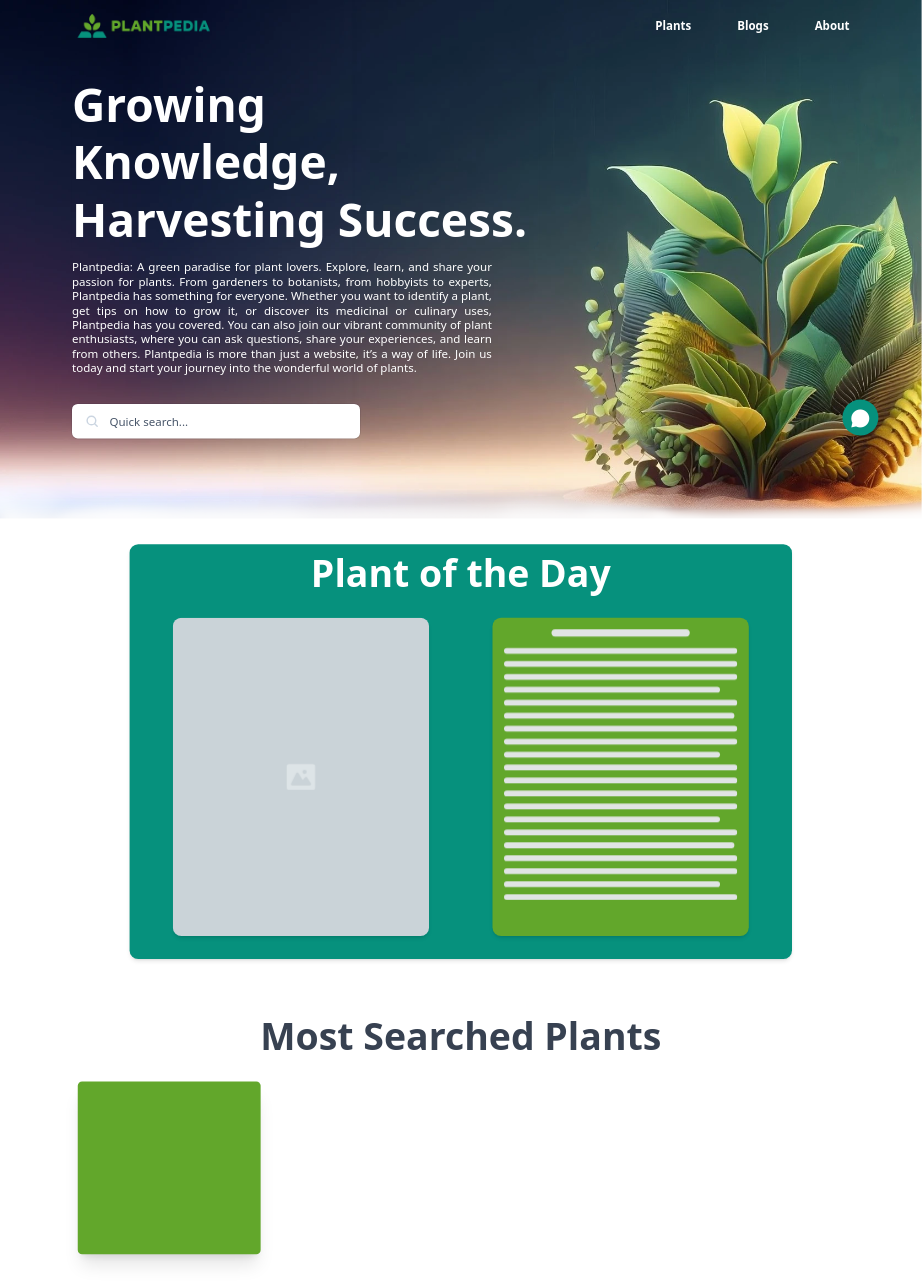
Repository: silham/PlantPedia
Page: /test/home
An editor plug-in stored every save of this project. The page is shown before and after the next save, followed by the edit.
The browser window is 1280 px wide. The pictures show the whole page, at 72% of full size.
The page's requests for data from a server got no answer. The project was rebuilt for these pictures with package versions that can differ from the ones it lists, and the page was loaded fresh each time. The framework's server and built-in components were replaced by stand-ins that run in the browser. No one was signed in, and anything a server would have sent is missing. Also part of the build but not shown: next.config.js, app/components/SearchBox.css, app/test/Chat/style.css, app/utils/Formatter.ts.

Above is the page before, as saved 2023-10-16 16:09:24.

### app/layout.tsx
import "./globals.css";
import "remixicon/fonts/remixicon.css";
import type { Metadata } from "next";

export const metadata: Metadata = {
  title: "Plantpedia",
  description: "Growing knowledge, harvesting success",
};

export default function RootLayout({
  children,
}: {
  children: React.ReactNode;
}) {
  return (
    <html lang="en">
      <head>
        <meta
          name="format-detection"
          content="telephone=no, date=no, email=no, address=no"
        />
      </head>
      <body>{children}</body>
    </html>
  );
}

### app/test/home/page.tsx
import Image from "next/image";
import Link from "next/link";
import "./styles.css";
import { MainSearchBtn, SideSearchBtn } from "./SearchBtns";
import PlantOfDay from "./PlantOfDay";
import Chat from "../Chat/Chat";
import TrendingTopics from "./TrendingTopics";

const Home = () => {
  return (
    <>
      <section className="h-[100vh] w-[100vw] px-[100px] hero bg-cover text-white">
        <header className="h-[10vh] w-full flex justify-between py-2 items-center">
          <div className="h-full flex items-center justify-center">
            <Image src="/plantpedia.png" width={200} height={90} alt="logo" />
          </div>
          <nav className="flex justify-between text-[16px] font-semibold text-white w-[25%]">
            <Link href="/plants">Plants</Link>
            <Link href="/blogs">Blogs</Link>
            <Link href="/about#">About</Link>
          </nav>
        </header>
        <div className="w-[60%] h-full">
          <div className="flex flex-col justify-center h-full">
            <h2 className="text-[64px] font-extrabold leading-tight shadow-sm mb-4 -mt-[150px]">
              Growing Knowledge,
              <br />
              Harvesting Success.
            </h2>
            <h4 className="text-[16px] text-justify leading-tight w-[90%] mb-10">
              Plantpedia: A green paradise for plant lovers. Explore, learn, and
              share your passion for plants. From gardeners to botanists, from
              hobbyists to experts, Plantpedia has something for everyone.
              Whether you want to identify a plant, get tips on how to grow it,
              or discover its medicinal or culinary uses, Plantpedia has you
              covered. You can also join our vibrant community of plant
              enthusiasts, where you can ask questions, share your experiences,
              and learn from others. Plantpedia is more than just a website,
              it’s a way of life. Join us today and start your journey into the
              wonderful world of plants.
            </h4>
            <MainSearchBtn />
          </div>
        </div>
      </section>

      <section className="w-[100vw] px-[180px]">
        <PlantOfDay />
      </section>

      <section className="w-[100vw] px-[100px]">
        <TrendingTopics />
      </section>
      <SideSearchBtn />
      <Chat />
    </>
  );
};

export default Home;

### app/globals.css
@import url("https://fonts.googleapis.com/css2?family=Inter:wght@400;500;600&family=Poppins:wght@400;500;600&display=swap");
@tailwind base;
@tailwind components;
@tailwind utilities;

body {
  padding: 0;
  margin: 0;
  max-width: 100vw;
  overflow-x: hidden;
}

@layer utilities {
  .animation-delay-200 {
    animation-delay: 0.2s;
  }
  .animation-delay-400 {
    animation-delay: 0.4s;
  }
}

.circle {
  @apply w-2 h-2 mx-1 mb-0.5 mt-1 bg-gray-500 rounded-full;
}

### app/test/home/styles.css
.hero {
  background-image: url("/hero-bg.png");
}

.animate-sideSearchBtn-in {
  animation: animation-search-in 500ms ease-in forwards;
}

@keyframes animation-search-in {
  0% {
    opacity: 0;
    right: 0;
  }
  100% {
    opacity: 1;
    right: 60px;
  }
}

.animate-sideSearchBtn-out {
  animation: animation-search-out 500ms ease-out forwards;
}

@keyframes animation-search-out {
  0% {
    opacity: 1;
    right: 60px;
  }
  100% {
    opacity: 0;
    right: 0;
  }
}

### app/test/home/SearchBtns.tsx
"use client";
import SearchBox from "@/app/components/SearchBox";
import { useEffect, useRef } from "react";
import "./styles.css";

export const MainSearchBtn: React.FC = () => {
  const overlayRef = useRef<HTMLDivElement>(null);

  // This function is called when the "Start Searching" button gets clicked
  const openSearch = () => {
    if (overlayRef.current) {
      overlayRef.current.style.width = "100%";
    }
  };

  // This function is called when the "Close" button is clicked
  const closeSearch = () => {
    if (overlayRef.current) {
      overlayRef.current.style.width = "0%";
    }
  };
  return (
    <>
      <div>
        <button
          onClick={openSearch}
          type="button"
          className="hidden sm:flex items-center w-[400px] text-left space-x-3 px-4 h-12 bg-white ring-1 ring-slate-900/10 hover:ring-slate-300 focus:outline-none focus:ring-2 focus:ring-sky-500 shadow-sm rounded-lg text-slate-600"
        >
          <svg
            width="24"
            height="24"
            fill="none"
            stroke="currentColor"
            strokeWidth="2"
            strokeLinecap="round"
            strokeLinejoin="round"
            className="flex-none text-slate-300 dark:text-slate-400"
            aria-hidden="true"
          >
            <path d="m19 19-3.5-3.5"></path>
            <circle cx="11" cy="11" r="6"></circle>
          </svg>
          <span className="flex-auto">Quick search...</span>
        </button>
      </div>
      {/* The search overlay */}
      <div
        ref={overlayRef}
        className="flex h-[100vh] max-h-[100vh] w-0 fixed top-0 left-0 bg-black bg-opacity-90 duration-500 overflow-hidden z-10 "
      >
        <button
          className="absolute top-[20px] right-10 text-[60px] border-none bg-transparent cursor-pointer text-white"
          onClick={closeSearch}
        >
          &times;
        </button>
        <div className="relative top-[15%] w-full text-center mt-[30px] ">
          <SearchBox
            props={{
              n: 8,
              content: "",
              className:
                "relative w-[88%] flex justify-between items-center mx-[80px] rounded-full bg-[#EEF5B1] text-black",
              classNameUl:
                "absolute top-full left-0 right-0 z-10 bg-[#EEF5B1] rounded-lg shadow-lg overflow-hidden mt-[3px]",
              classNameLi: "border-b-[1px] border-gray-400",
              classNameLink:
                "px-4 py-2 hover:bg-gray-400 transition-colors flex flex-row justify-between items-center",
            }}
          />
        </div>
      </div>
    </>
  );
};

export const SideSearchBtn: React.FC = () => {
  const overlayRef = useRef<HTMLDivElement>(null);

  // This function is called when the "Start Searching" button gets clicked
  const openSearch = () => {
    if (overlayRef.current) {
      overlayRef.current.style.width = "100%";
    }
  };

  // This function is called when the "Close" button is clicked
  const closeSearch = () => {
    if (overlayRef.current) {
      overlayRef.current.style.width = "0%";
    }
  };
  useEffect(() => {
    const handleScroll = () => {
      const sideSearchBtn = document.getElementById("sideSearchBtn");
      var vh = window.innerHeight;
      var scrollHeight = window.scrollY;
      if (
        scrollHeight < vh * 0.2 &&
        sideSearchBtn?.classList.contains("animate-sideSearchBtn-in")
      ) {
        sideSearchBtn.classList.remove("animate-sideSearchBtn-in");
        sideSearchBtn.classList.add("animate-sideSearchBtn-out");
      }
      if (scrollHeight >= vh * 0.2) {
        sideSearchBtn?.classList.remove("animate-sideSearchBtn-out");
        sideSearchBtn?.classList.add("animate-sideSearchBtn-in");
      }
    };

    window.addEventListener("scroll", handleScroll);

    // Cleanup function to remove the event listener
    return () => {
      window.removeEventListener("scroll", handleScroll);
    };
  }, []); // Empty dependency array means this effect runs once on mount and cleanup on unmount

  return (
    <>
      <div
        id="sideSearchBtn"
        className="fixed bottom-[50px] right-0 opacity-0 rounded-full bg-custom-blue-green shadow-xl w-[50px] h-[50px] flex items-center justify-center cursor-pointer"
        onClick={openSearch}
      >
        <i className="text-[24px] text-white ri-search-2-line"></i>
      </div>
      {/* The search overlay */}
      <div
        ref={overlayRef}
        className="flex h-[100vh] max-h-[100vh] w-0 fixed top-0 left-0 bg-black bg-opacity-90 duration-500 overflow-hidden z-10 "
      >
        <button
          className="absolute top-[20px] right-10 text-[60px] border-none bg-transparent cursor-pointer text-white"
          onClick={closeSearch}
        >
          &times;
        </button>
        <div className="relative top-[15%] w-full text-center mt-[30px] ">
          <SearchBox
            props={{
              n: 8,
              content: "",
              className:
                "relative w-[88%] flex justify-between items-center mx-[80px] rounded-full bg-[#EEF5B1] text-black",
              classNameUl:
                "absolute top-full left-0 right-0 z-10 bg-[#EEF5B1] rounded-lg shadow-lg overflow-hidden mt-[3px]",
              classNameLi: "border-b-[1px] border-gray-400",
              classNameLink:
                "px-4 py-2 hover:bg-gray-400 transition-colors flex flex-row justify-between items-center",
            }}
          />
        </div>
      </div>
    </>
  );
};

### app/test/home/TrendingTopics.tsx
import React from "react";
import PlantCard from "./PlantCard";

const TrendingTopics = () => {
  return (
    <div className="flex w-full py-8 flex-col">
      <div className="w-full flex justify-center">
        <h3 className="text-[52px] text-gray-700 font-black">
          Most Searched Plants
        </h3>
      </div>
      <div className="w-full flex flex-wrap mt-4">
        <PlantCard />
      </div>
    </div>
  );
};

export default TrendingTopics;

### app/components/SearchBox.tsx
"use client";
import Link from "next/link";
import { useEffect, useRef, useState } from "react";
import "./SearchBox.css";
import UrlGen from "../utils/SlugGen";

interface Props {
  props: {
    content: string;
    className: string;
    classNameUl: string;
    classNameLi: string;
    classNameLink: string;
    n: number;
  };
}

function SearchBox({ props }: Props) {
  const [searchTerm, setSearchTerm] = useState("");
  const [results, setResults] = useState([
    {
      id: "",
      common_name: "",
      scientific_name: "",
      type: "",
    },
  ]);
  const [isFocused, setIsFocused] = useState(false);
  const containerRef = useRef<HTMLDivElement>(null);
  const searchRef = useRef<HTMLInputElement>(null);

  let type = "";
  let term = "";
  const handleChange = async () => {
    if (searchRef.current !== null) {
      term = searchRef.current.value;
    }
    setSearchTerm(term);
    if (term.length > 0) {
      try {
        const res = await fetch(
          `http://localhost:3000/api/searchbar?q=${term}&type=${type}`
        );
        const data = await res.json();
        console.log(data);
        setResults(data);
        console.log(results);
      } catch (error) {
        console.log(error);
      }
    }
  };

  const clearSearch = () => {
    if (searchRef.current !== null) {
      searchRef.current.value = "";
    }

    setSearchTerm("");
    handleChange();
  };

  const handleFocus = () => {
    setIsFocused(true);
  };

  const handleBlur = () => {
    setTimeout(() => {
      setIsFocused(false);
    }, 500);
  };

  const handleClickOutside = (event: MouseEvent) => {
    if (
      containerRef.current &&
      !containerRef.current.contains(event.target as Node)
    ) {
      setIsFocused(false);
    }
  };

  useEffect(() => {
    document.addEventListener("mousedown", handleClickOutside);
    return () => {
      document.removeEventListener("mousedown", handleClickOutside);
    };
  }, []);

  useEffect(() => {
    if (searchRef.current) {
      searchRef.current.value = props.content;
      setSearchTerm(props.content);
    }
  }, []);

  return (
    <div className={props.className} ref={containerRef}>
      <input
        type="text"
        spellCheck="false"
        placeholder="Search for plants, plant disease & solutions and blogs..."
        className="w-[95%] h-[40px] focus:outline-none px-[15px] bg-transparent"
        maxLength={200}
        value={searchTerm}
        onChange={handleChange}
        id="searchBar"
        onFocus={handleFocus}
        onBlur={handleBlur}
        ref={searchRef}
        autoComplete="off"
        autoFocus
      />
      <div
        className="bg-black w-[32px] h-[32px] rounded-full mr-[4px] flex justify-center items-center cursor-pointer"
        onClick={clearSearch}
      >
        <i
          className={`text-[22px] text-white ${
            searchTerm ? "ri-close-line" : "ri-search-2-line"
          }`}
        ></i>
      </div>
      {searchTerm && isFocused && (
        <ul className={props.classNameUl}>
          <li className={props.classNameLi}>
            <Link
              href={`/api/search?q=${searchTerm}`}
              className={props.classNameLink}
            >
              {searchTerm}
            </Link>
          </li>
          {results[0].id != "" &&
            results.slice(0, props.n).map(
              (
                result: {
                  id: string;
                  type: string;
                  common_name: string;
                  scientific_name: string;
                },
                index
              ) => (
                <li key={index} className={props.classNameLi}>
                  <Link
                    href={UrlGen(
                      result.type.toLowerCase(),
                      result.scientific_name
                    )}
                    className={props.classNameLink}
                  >
                    <div className="flex">
                      <h4 className="font-semibold">{result.common_name}</h4>
                      <h5 className="text-gray-700 italic">
                        &nbsp;&#40;{result.scientific_name}&#41;
                      </h5>
                    </div>
                    <div
                      className={`rounded-full px-[7px] text-[12px] capitalize ${
                        result.type == "PLANTS"
                          ? "bg-green-400"
                          : result.type == "PESTS"
                          ? "bg-red-400"
                          : result.type == "BLIGHTS"
                          ? "bg-red-400"
                          : result.type == "PESTICIDES"
                          ? "bg-yellow-400"
                          : "bg-blue-400"
                      }`}
                    >
                      {result.type.toLowerCase()}
                    </div>
                  </Link>
                </li>
              )
            )}
        </ul>
      )}
    </div>
  );
}

export default SearchBox;

### app/utils/TextShorter.tsx
const TextShorter = (text: string, letters: number) => {
  if (text.length > letters) {
    return text.slice(0, letters - 2) + "...";
  } else {
    return text;
  }
};

export default TextShorter;

### app/utils/SlugGen.ts
const UrlGen = (type: string,scientific_name: string) => {
    let slug = scientific_name.replace(/ /g, "-").toLowerCase();
    let url = "/" + type.toLowerCase() + "/" + slug
    return url
}

export default UrlGen

### app/test/home/PlantCard.tsx
import React from "react";

const PlantCard = () => {
  return (
    <div className="w-[25%] p-2">
      <div className="w-full h-60 bg-custom-green rounded-md shadow-xl"></div>
    </div>
  );
};

export default PlantCard;

### tailwind.config.ts
import type { Config } from 'tailwindcss'

const config: Config = {
  content: [
    './pages/**/*.{js,ts,jsx,tsx,mdx}',
    './components/**/*.{js,ts,jsx,tsx,mdx}',
    './app/**/*.{js,ts,jsx,tsx,mdx}',
  ],
  theme: {
    extend: {
      backgroundImage: {
        'gradient-radial': 'radial-gradient(var(--tw-gradient-stops))',
        'gradient-conic':
          'conic-gradient(from 180deg at 50% 50%, var(--tw-gradient-stops))',
      },
      colors:{
        'custom-green': '#62A72B',
        'custom-blue-green': '#06917D',
      },
      animation: {
        loader: 'loader 0.6s infinite alternate'
      },
      keyframes: {
        loader: {
          to: {
            opacity: "0.1",
            transform: 'translate3d(0, -0.3rem, 0)'
          }
        }
      }
    },
  },
  plugins: [],
}
export default config

Loaded but not shown: app/test/Chat/Chat.tsx (199 lines, source omitted); app/test/home/PlantOfDay.tsx (139 lines, source omitted)

After the next save:
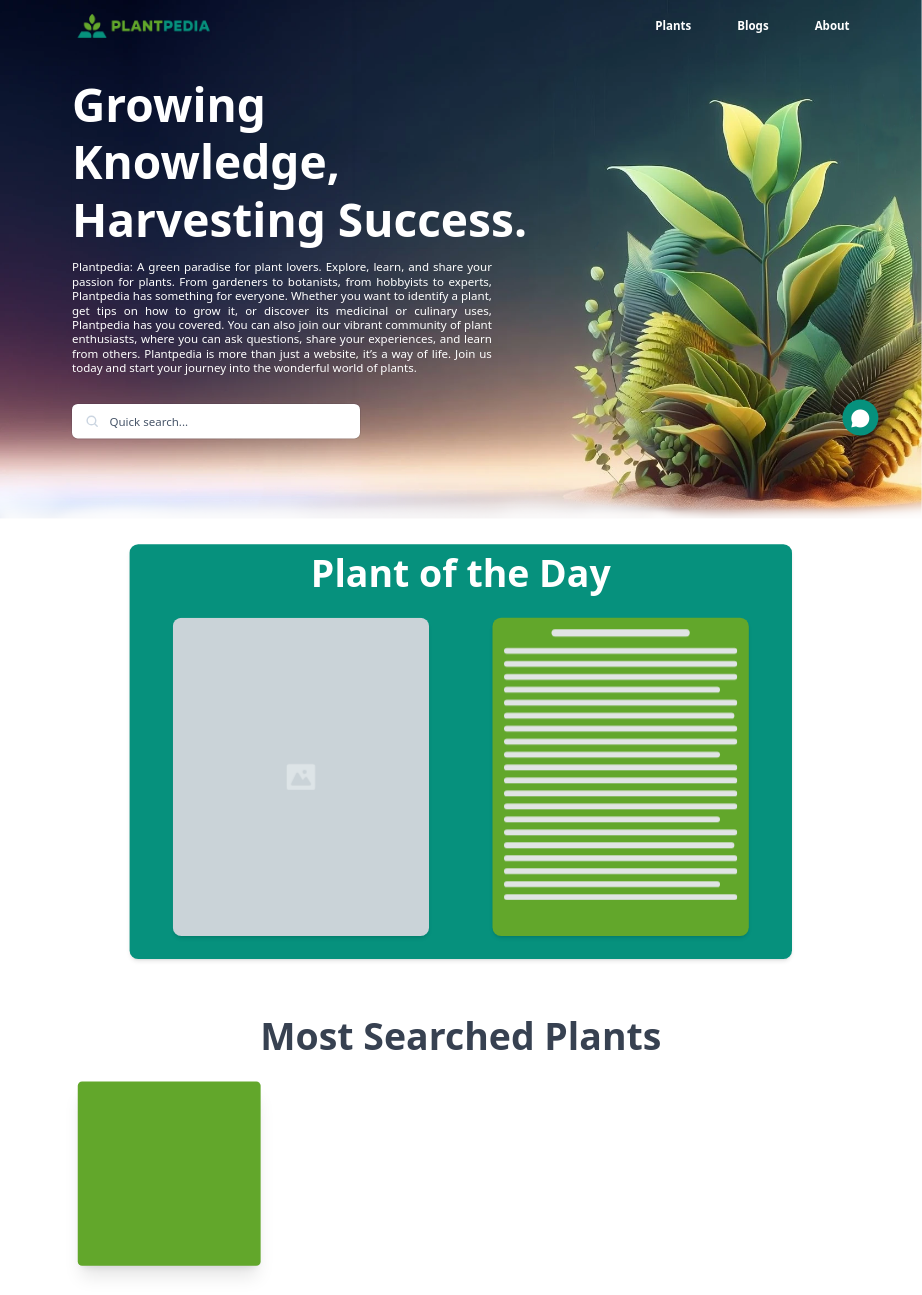
Saved 36 s later.
--- a/app/test/home/PlantCard.tsx
+++ b/app/test/home/PlantCard.tsx
@@ -3,7 +3,7 @@ import React from "react";
 const PlantCard = () => {
   return (
     <div className="w-[25%] p-2">
-      <div className="w-full h-60 bg-custom-green rounded-md shadow-xl"></div>
+      <div className="w-full h-64 bg-custom-green rounded-md shadow-xl"></div>
     </div>
   );
 };
